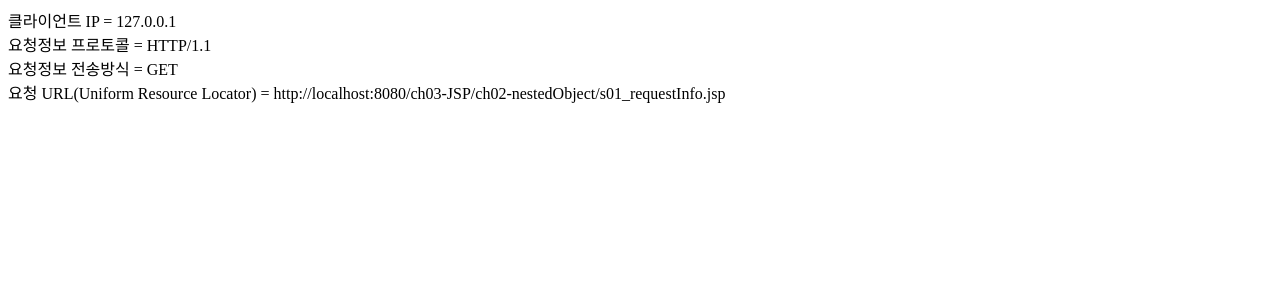
Repository: yuntaekOhO/SY_Academy_Study
Page: http://localhost/ch03-JSP/ch02-nestedObject/s01_requestInfo.jsp
These files come from the project's save history. The page is drawn as it stood at one moment and after the next save; the edit follows.
The browser window is 1280 px wide. The pictures show the whole page.
The page is served by Tomcat 9. Other server files are loaded and not shown.

Above is the page before, as saved 2022-06-24 05:19:22.

### workspace_jsp/ch03-JSP/src/main/webapp/ch02-nestedObject/s01_requestInfo.jsp
<%@ page language="java" contentType="text/html; charset=UTF-8"
    pageEncoding="UTF-8"%>
<!DOCTYPE html>
<html>
<head>
<meta charset="UTF-8">
<title>클라이언트 및 서버 정보</title>
</head>
<body>
클라이언트 IP = <%= request.getRemoteAddr() %><br>
요청정보 프로토콜 = <%= request.getProtocol() %><br>
요청정보 전송방식 = <%= request.getMethod() %><br>
요청 URL(Uniform Resource Locator) = <%= request.getRequestURL() %><br>


</body>
</html>

After the next save:
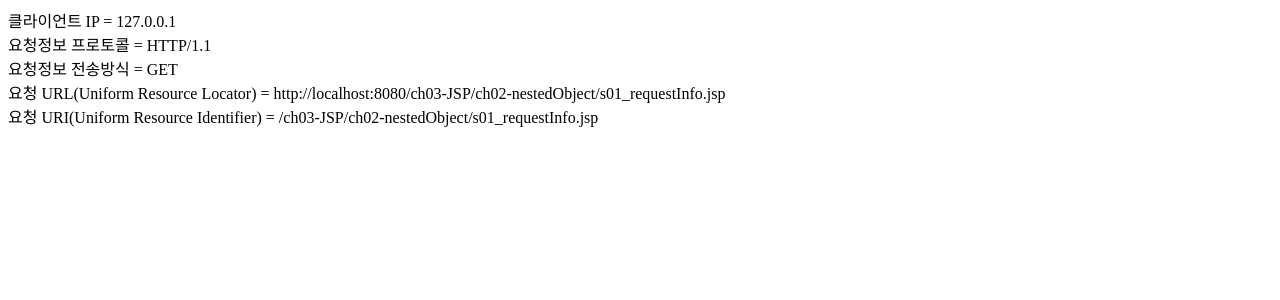
Saved 3 min 19 s later.
--- a/workspace_jsp/ch03-JSP/src/main/webapp/ch02-nestedObject/s01_requestInfo.jsp
+++ b/workspace_jsp/ch03-JSP/src/main/webapp/ch02-nestedObject/s01_requestInfo.jsp
@@ -9,9 +9,9 @@
 <body>
 클라이언트 IP = <%= request.getRemoteAddr() %><br>
 요청정보 프로토콜 = <%= request.getProtocol() %><br>
-요청정보 전송방식 = <%= request.getMethod() %><br>
-요청 URL(Uniform Resource Locator) = <%= request.getRequestURL() %><br>
-
+요청정보 전송방식 = <%= request.getMethod() %><br> <!-- GET / POST -->
+요청 URL(Uniform Resource Locator) = <%= request.getRequestURL() %><br> <!-- 전체주소 -->
+요청 URI(Uniform Resource Identifier) = <%= request.getRequestURI() %><br>
 
 </body>
 </html>
